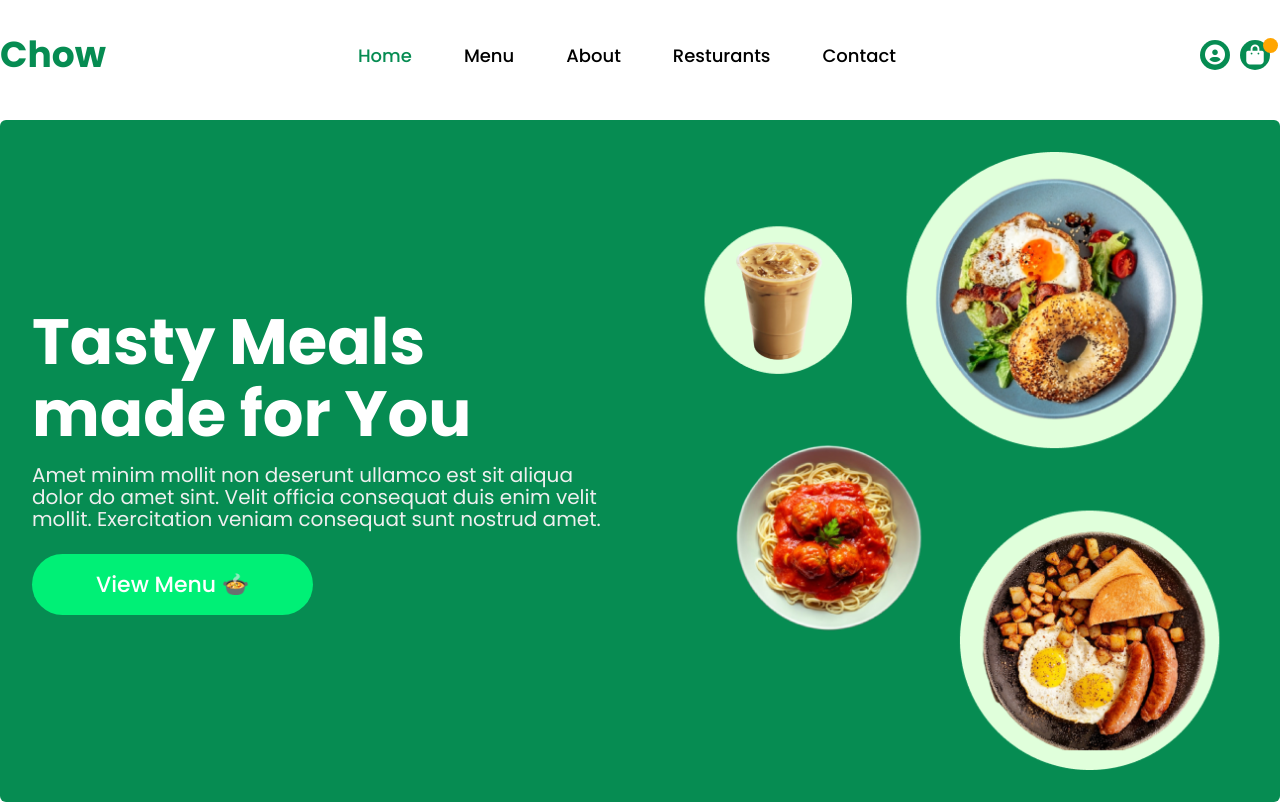
Repository: nguyennam1029/balbal
Page: index.html
An editor plug-in stored every save of this project. The page is shown before and after the next save, followed by the edit.
The browser window is 1280 px wide. The pictures show the whole page.
Some web libraries are served in a nearby version.

Above is the page before, as saved 2022-07-01 17:37:24.

After the next save:
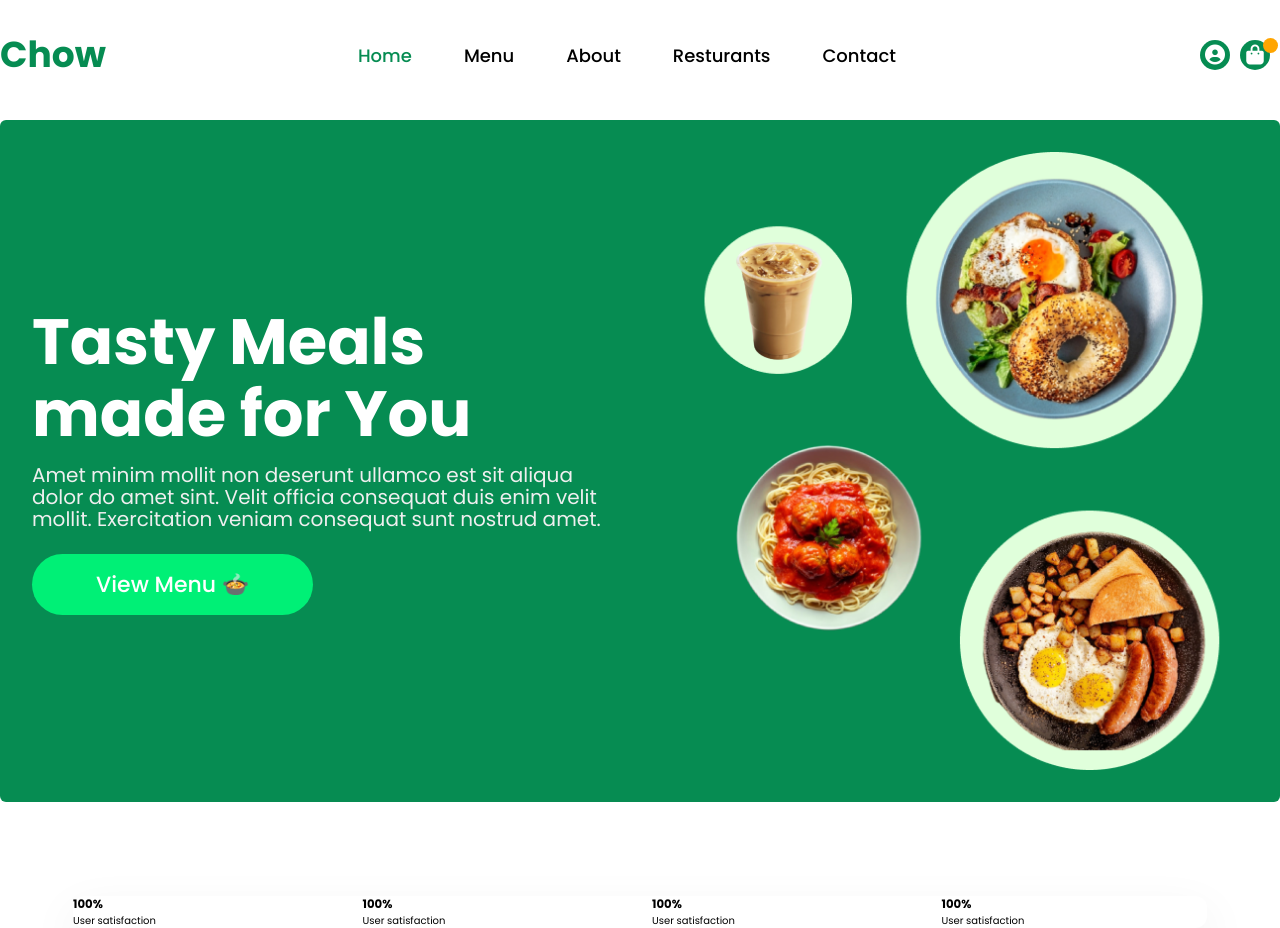
Saved 2 min 31 s later.
--- a/index.html
+++ b/index.html
@@ -70,7 +70,34 @@
           </div>
         </div>
       </div>
-      <div class="statistical"></div>
+      <div class="statistical">
+        <div class="row">
+          <div class="col l-3 m-6 c-12">
+            <div class="statistical-item">
+              <h3 class="statistical-item--title">100%</h3>
+              <span class="statistical-item--des">User satisfaction</span>
+            </div>
+          </div>
+          <div class="col l-3 m-6 c-12">
+            <div class="statistical-item">
+              <h3 class="statistical-item--title">100%</h3>
+              <span class="statistical-item--des">User satisfaction</span>
+            </div>
+          </div>
+          <div class="col l-3 m-6 c-12">
+            <div class="statistical-item">
+              <h3 class="statistical-item--title">100%</h3>
+              <span class="statistical-item--des">User satisfaction</span>
+            </div>
+          </div>
+          <div class="col l-3 m-6 c-12">
+            <div class="statistical-item">
+              <h3 class="statistical-item--title">100%</h3>
+              <span class="statistical-item--des">User satisfaction</span>
+            </div>
+          </div>
+        </div>
+      </div>
     </div>
   </body>
 </html>
